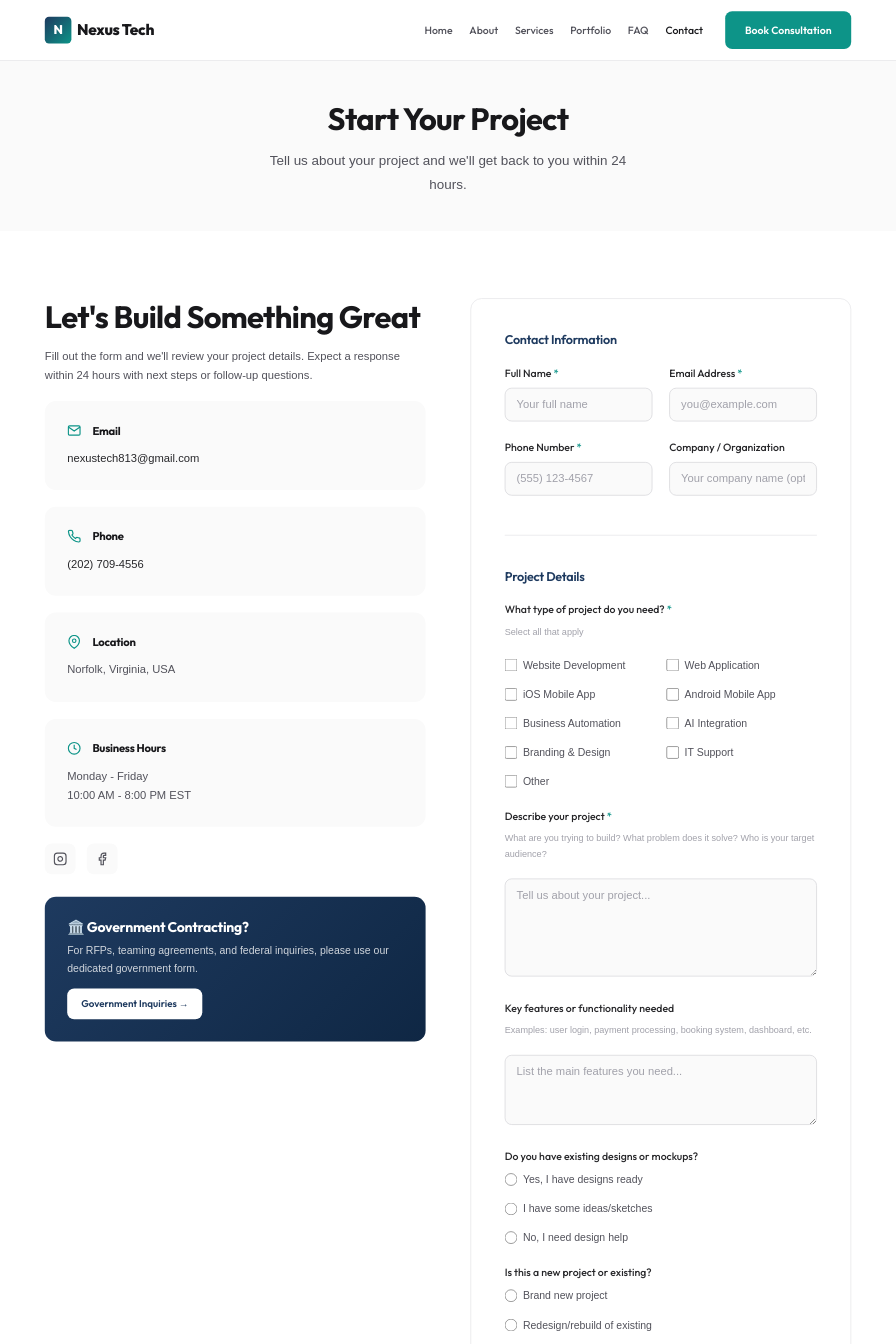
Repository: techandbeauty/NexusTech-Website
Page: contact.html
An editor plug-in stored every save of this project. The page is shown before and after the next save, followed by the edit.
The browser window is 1280 px wide. The pictures show the part of the page from y = 0 to 1920 px (the page is 3210 px tall), at 70% of full size.
Some web fonts or font styles are not loaded; a fallback is used.

Above is the page before, as saved 2026-01-30 21:39:51.

After the next save:
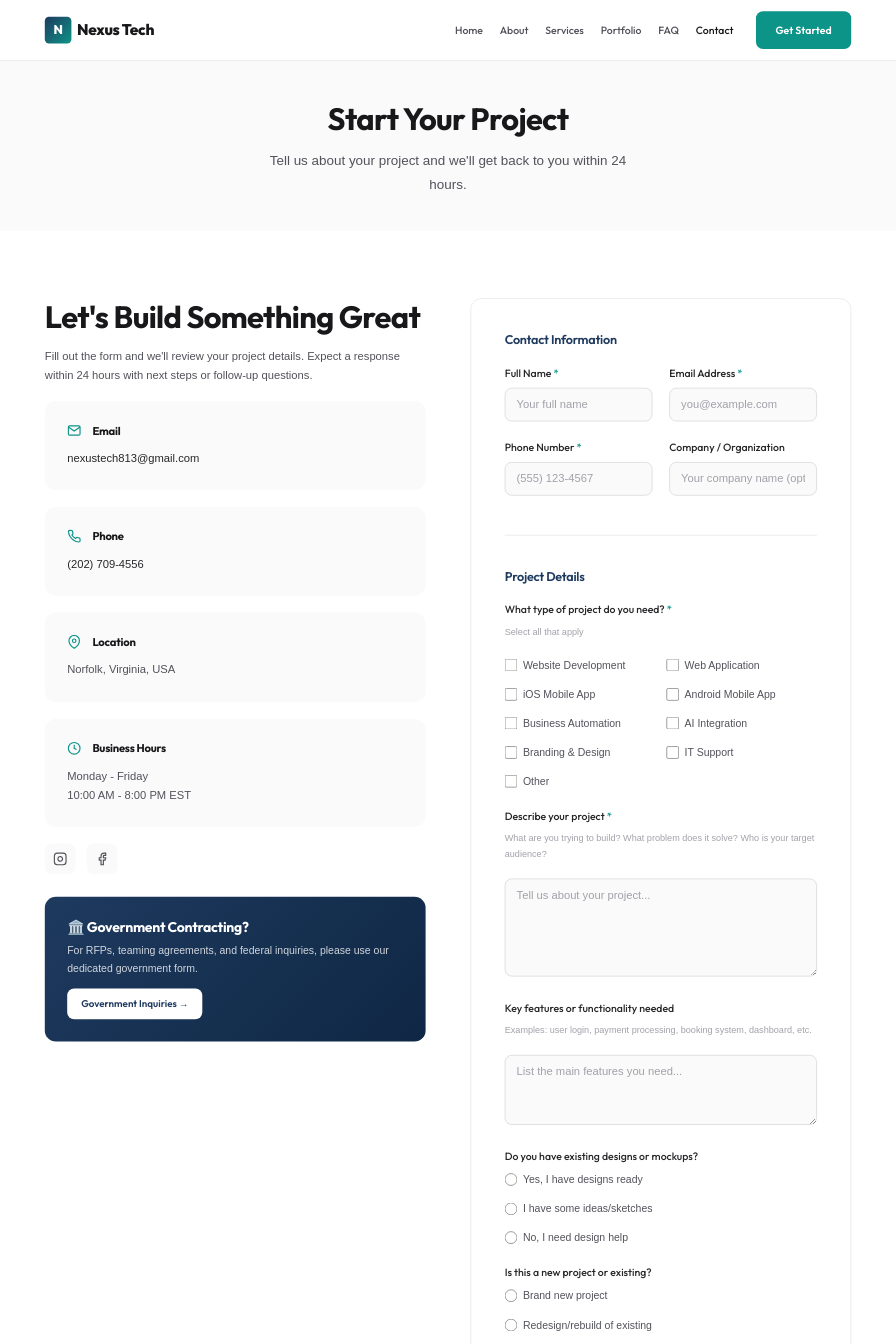
Saved 21 h 9 min later.
--- a/contact.html
+++ b/contact.html
@@ -28,7 +28,7 @@
             <li><a href="faq.html" class="nav-link">FAQ</a></li>
             <li><a href="contact.html" class="nav-link active">Contact</a></li>
           </ul>
-          <a href="book.html" class="btn btn-primary">Book Consultation</a>
+          <a href="contact.html" class="btn btn-primary">Get Started</a>
         </nav>
         <button class="mobile-menu-btn" aria-label="Toggle menu">
           <span></span><span></span><span></span>
@@ -44,7 +44,6 @@
     <a href="portfolio.html" class="mobile-nav-link">Portfolio</a>
     <a href="faq.html" class="mobile-nav-link">FAQ</a>
     <a href="contact.html" class="mobile-nav-link">Contact</a>
-    <a href="book.html" class="mobile-nav-link">Book Consultation</a>
   </div>
 
   <!-- Page Header -->
@@ -69,7 +68,7 @@
               <svg width="20" height="20" viewBox="0 0 24 24" fill="none" stroke="currentColor" stroke-width="2"><path d="M4 4h16c1.1 0 2 .9 2 2v12c0 1.1-.9 2-2 2H4c-1.1 0-2-.9-2-2V6c0-1.1.9-2 2-2z"></path><polyline points="22,6 12,13 2,6"></polyline></svg>
               Email
             </h4>
-            <p><a href="mailto:info@nexustechdigitalsolutions.net">nexustech813@gmail.com</a></p>
+            <p><a href="mailto:nexustech813@gmail.com">nexustech813@gmail.com</a></p>
           </div>
 
           <div class="contact-card">
@@ -114,13 +113,7 @@
 
         <!-- Client Intake Form -->
         <div class="form-container">
-          <form action="https://formsubmit.co/info@nexustechdigitalsolutions.net" method="POST">
-            <!-- FormSubmit Configuration -->
-            <input type="hidden" name="_subject" value="New Project Inquiry - Nexus Tech">
-            <input type="hidden" name="_captcha" value="false">
-            <input type="hidden" name="_template" value="table">
-            <input type="hidden" name="_next" value="https://nexustechdigitalsolutions.net/thank-you.html">
-            <input type="text" name="_honey" style="display:none">
+          <form action="https://formspree.io/f/xeekpgwo" method="POST">
 
             <!-- Section 1: Contact Information -->
             <div class="form-section">
@@ -295,6 +288,9 @@
                 <textarea name="additional_info" class="form-textarea" placeholder="Any other details, questions, or context..." style="min-height: 100px;"></textarea>
               </div>
             </div>
+
+            <!-- Hidden field for subject line -->
+            <input type="hidden" name="_subject" value="New Project Inquiry - Nexus Tech">
 
             <button type="submit" class="btn btn-primary btn-lg btn-block">Submit Project Inquiry</button>
             <p style="text-align: center; font-size: 0.875rem; color: var(--color-gray-400); margin-top: 1rem;">We'll respond within 24 hours.</p>
@@ -346,7 +342,7 @@
         <div>
           <h4 class="footer-heading">Contact</h4>
           <ul class="footer-links">
-            <li><a href="mailto:info@nexustechdigitalsolutions.net">info@nexustechdigitalsolutions.net</a></li>
+            <li><a href="mailto:nexustech813@gmail.com">nexustech813@gmail.com</a></li>
             <li><a href="tel:+12027094556">(202) 709-4556</a></li>
             <li>Norfolk, Virginia</li>
           </ul>
